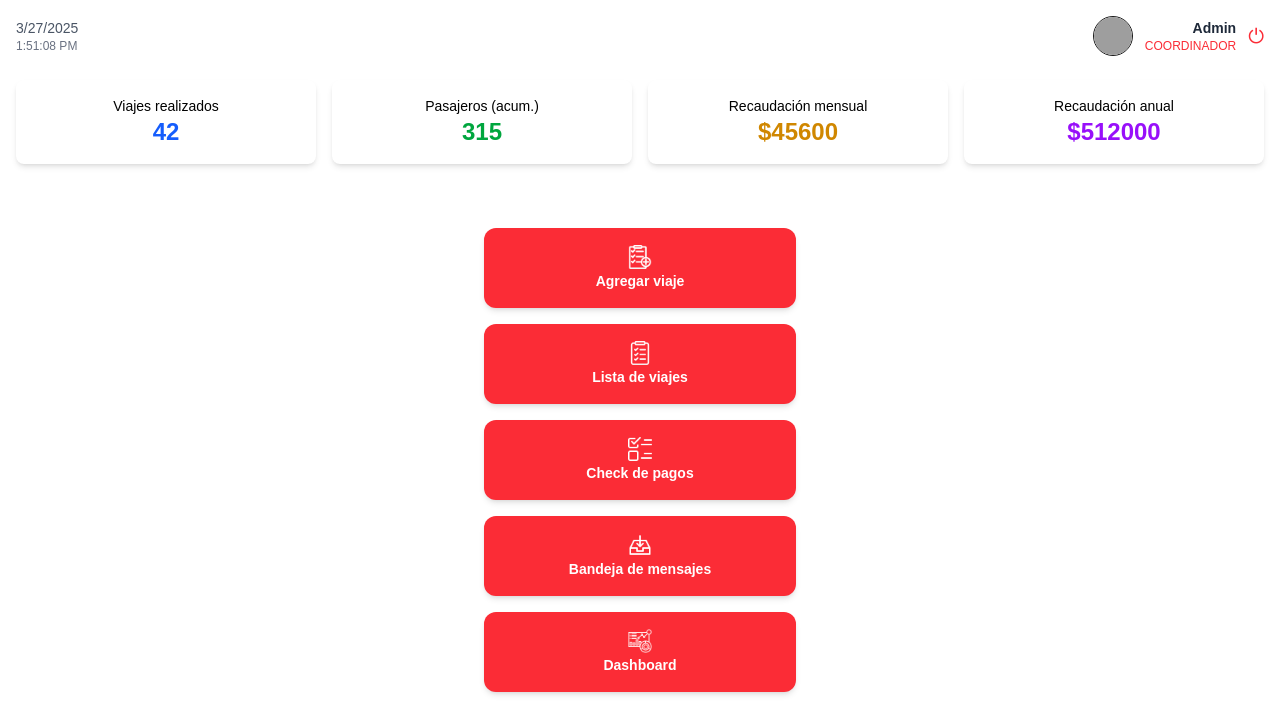
Repository: francoluca35/appcolectivos
Page: /homeadmin
These files come from the project's save history. The page is drawn as it stood at one moment and after the next save; the edit follows.
The browser window is 1280 px wide. The pictures show the whole page.
Pictures or frames that could not be fetched are drawn as grey boxes. The project was rebuilt for these pictures with package versions that can differ from the ones it lists, and the page was loaded fresh each time. The framework's server and built-in components were replaced by stand-ins that run in the browser. Also part of the build but not shown: next.config.mjs.

Above is the page before, as saved 2025-03-27 23:29:25.

After the next save:
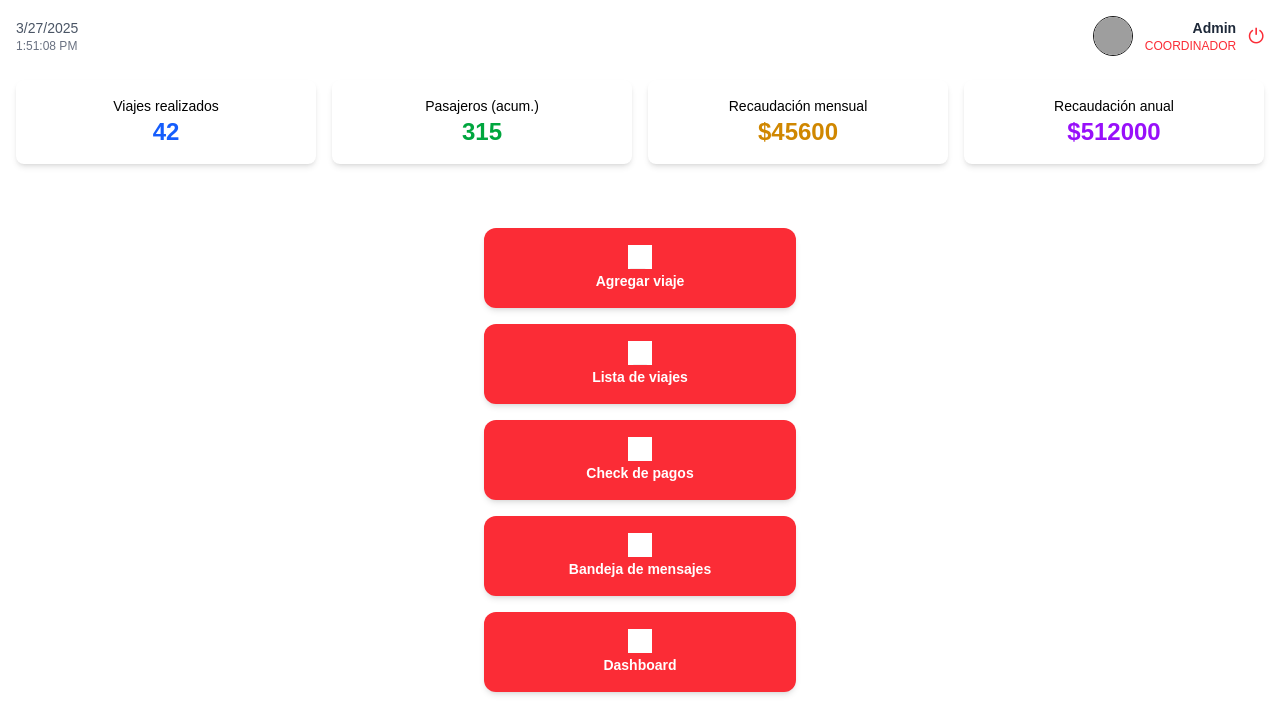
Saved 6 s later.
--- a/src/app/homeadmin/page.js
+++ b/src/app/homeadmin/page.js
@@ -79,7 +79,7 @@
         <img
           src={btn.icono}
           alt={btn.texto}
-          className="w-8 h-8 mb-1 lg:w-6 lg:h-6 text-white"
+          className="w-8 h-8 mb-1 lg:w-6 lg:h-6 bg-white"
         />
         <span className="text-white text-sm font-semibold text-center px-1 leading-tight">
           {btn.texto}

After the save that followed:
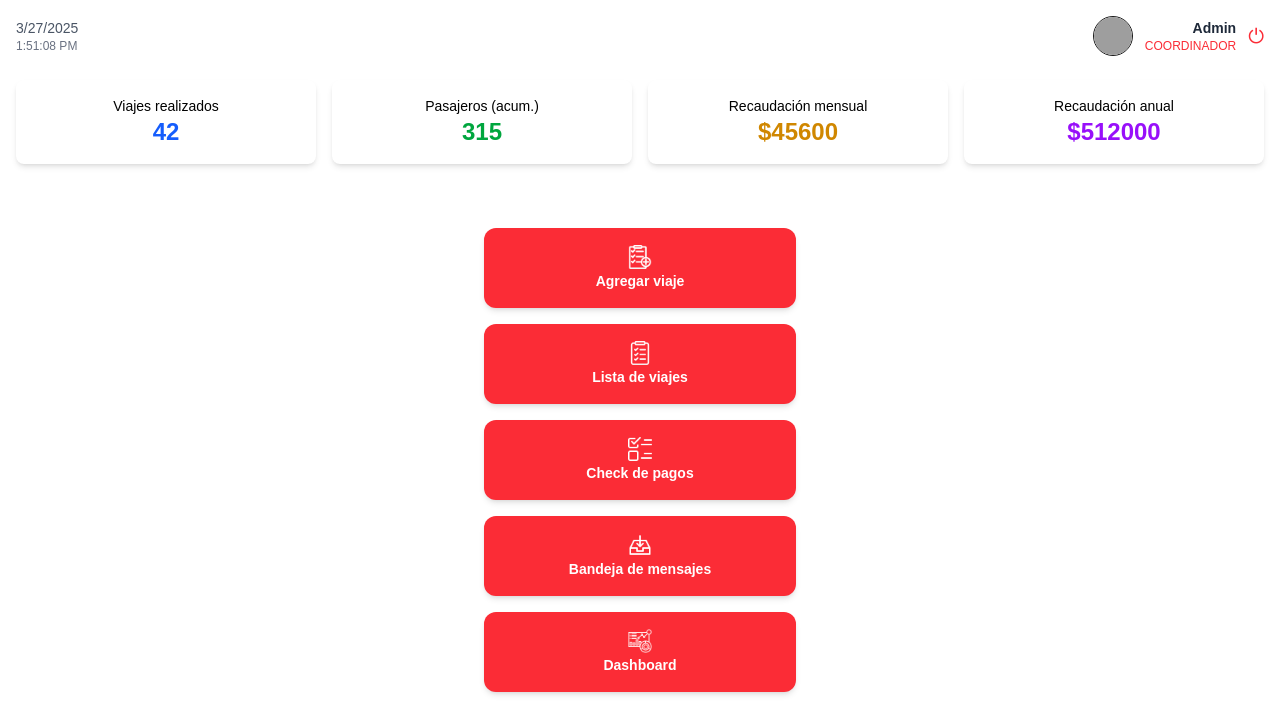
Saved 8 s later.
--- a/src/app/homeadmin/page.js
+++ b/src/app/homeadmin/page.js
@@ -79,7 +79,7 @@
         <img
           src={btn.icono}
           alt={btn.texto}
-          className="w-8 h-8 mb-1 lg:w-6 lg:h-6 bg-white"
+          className="w-8 h-8 mb-1 lg:w-6 lg:h-6 "
         />
         <span className="text-white text-sm font-semibold text-center px-1 leading-tight">
           {btn.texto}
